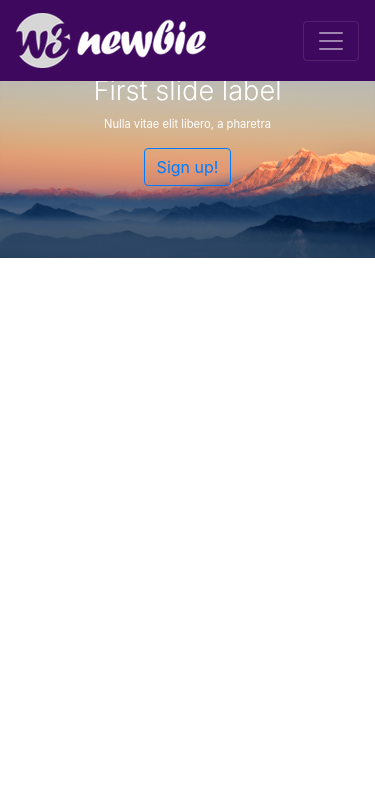
Repository: Mietlicha/bootstrap-project
Page: Bootstrap Website Files/index.html
An editor plug-in stored every save of this project. The page is shown before and after the next save, followed by the edit.
The browser window is 375 px wide. The pictures show the whole page.

Above is the page before, as saved 2019-10-28 22:17:19.

### Bootstrap Website Files/index.html
<!DOCTYPE html>
<html lang="en">

<head>
  <title>Bootstrap Website Tutorial</title>
  <meta charset="utf-8">
  <meta name="viewport" content="width=device-width, initial-scale=1">
  <link rel="stylesheet" href="https://stackpath.bootstrapcdn.com/bootstrap/4.3.1/css/bootstrap.min.css"
    integrity="sha384-ggOyR0iXCbMQv3Xipma34MD+dH/1fQ784/j6cY/iJTQUOhcWr7x9JvoRxT2MZw1T" crossorigin="anonymous">
  <link rel="stylesheet" href="https://cdnjs.cloudflare.com/ajax/libs/font-awesome/4.7.0/css/font-awesome.min.css">
  <link rel="stylesheet" href="..//style.css">
</head>

<body>
  <!--Navbar-->
  <nav class="navbar navbar-expand-md navbar-dark bg-violet">
    <a class="navbar-brand" href="#"><img src="img/w3newbie.png" alt="logo"></a>
    <button class="navbar-toggler" type="button" data-toggle="collapse" data-target="#navbarSupportedContent"
      aria-controls="navbarSupportedContent" aria-expanded="false" aria-label="Toggle navigation">
      <span class="navbar-toggler-icon"></span>
    </button>

    <div class="collapse navbar-collapse" id="navbarSupportedContent">
      <ul class="navbar-nav ml-auto">
        <li class="nav-item active">
          <a class="nav-link" href="#">Home <span class="sr-only">(current)</span></a>
        </li>
        <li class="nav-item">
          <a class="nav-link" href="#">Link</a>
        </li>
        <li class="nav-item">
          <a class="nav-link" href="#">About</a>
        </li>
        <li class="nav-item">
          <a class="nav-link" href="#">Contact</a>
        </li>
        <li class="nav-item">
          <a class="nav-link" href="#">Link</a>
        </li>
      </ul>
    </div>
  </nav>

   <!--Slider-->
   <div id="carouselExampleIndicators" class="carousel slide" data-interval="false" data-ride="carousel">
      <ol class="carousel-indicators">
        <li data-target="#carouselExampleIndicators" data-slide-to="0" class="active"></li>
        <li data-target="#carouselExampleIndicators" data-slide-to="1"></li>
        <li data-target="#carouselExampleIndicators" data-slide-to="2"></li>
      </ol>
      <div class="carousel-inner">
        <div class="carousel-item active">
          <img src="img/mountains.png" class="d-block w-100 position-carusel-caption" alt="mountains">
          <div class="carousel-caption">
              <h1 class="display-4">First slide label</h1>
              <p>Nulla vitae elit libero, a pharetra</p>
              <button type="button" class="btn btn-outline-primary mb-5">Sign up!</button>
          </div>
        </div>
        <div class="carousel-item">
          <img src="img/red.png" class="d-block w-100" alt="dusk at mountains">
        </div>
        <div class="carousel-item">
          <img src="img/snow.png" class="d-block w-100" alt="snowy mountains">
        </div>
      </div>
      <a class="carousel-control-prev" href="#carouselExampleIndicators" role="button" data-slide="prev">
        <span class="carousel-control-prev-icon" aria-hidden="true"></span>
        <span class="sr-only">Previous</span>
      </a>
      <a class="carousel-control-next" href="#carouselExampleIndicators" role="button" data-slide="next">
        <span class="carousel-control-next-icon" aria-hidden="true"></span>
        <span class="sr-only">Next</span>
      </a>
    </div>

  <script src="https://code.jquery.com/jquery-3.3.1.slim.min.js"
    integrity="sha384-q8i/X+965DzO0rT7abK41JStQIAqVgRVzpbzo5smXKp4YfRvH+8abtTE1Pi6jizo"
    crossorigin="anonymous"></script>
  <script src="https://cdnjs.cloudflare.com/ajax/libs/popper.js/1.14.7/umd/popper.min.js"
    integrity="sha384-UO2eT0CpHqdSJQ6hJty5KVphtPhzWj9WO1clHTMGa3JDZwrnQq4sF86dIHNDz0W1"
    crossorigin="anonymous"></script>
  <script src="https://stackpath.bootstrapcdn.com/bootstrap/4.3.1/js/bootstrap.min.js"
    integrity="sha384-JjSmVgyd0p3pXB1rRibZUAYoIIy6OrQ6VrjIEaFf/nJGzIxFDsf4x0xIM+B07jRM"
    crossorigin="anonymous"></script>
</body>

</html>

### style.css
*{
    box-sizing: border-box;
}

body{
    margin: 0;
    padding: 0;
}

/*Navbar*/
.bg-violet{
    background-color: rgb(63, 8, 95);
}

.nav-item{
    padding: 0 1.5rem;
    font-size: 1.3rem;
}

.navbar-dark .navbar-nav .nav-link:hover {
    color: rgb(255,255,255);
}

/*Slider*/

.carousel-item{
    width: 100%;
    height: 90vh;
}
.carousel-indicators > li {
    width: 10px;
    height: 10px;
    border-radius: 50%;
  }

  .position-carusel-caption{
    position: relative;
  }

.carousel-caption{
    position: absolute;
    /* top: 50%;
    left: 50%;
    background-color: #fff; */
    top: 50%;
    transform: translateY(-50%);
    /* bottom: initial; */
}

@media(max-width:768px){
    .carousel-caption{
        top: 40%;
        transform: translateY(-50%);
    }

    .carousel-caption h1{
        font-size: 2rem;
    }
}

@media(max-width:500px){
    .carousel-caption{
        top: 30%;
        transform: translateY(-50%);
    }

    .carousel-caption h1{
        font-size: 1.7rem;
    }

    .carousel-caption p{
        font-size: 0.7rem;
    }
}

After the next save:
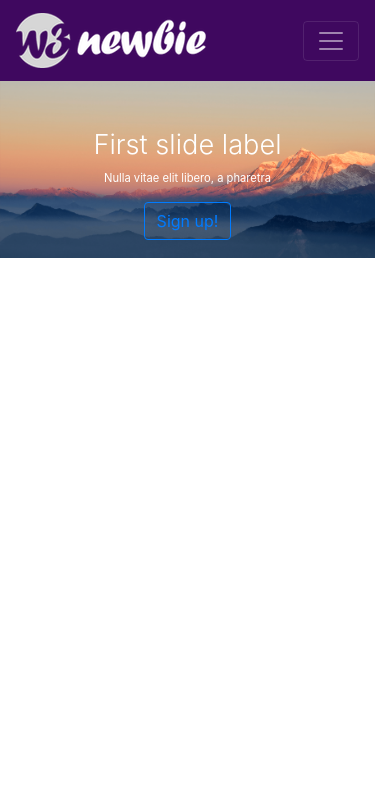
Saved 24 s later.
--- a/style.css
+++ b/style.css
@@ -60,7 +60,7 @@
 
 @media(max-width:500px){
     .carousel-caption{
-        top: 30%;
+        top: 35%;
         transform: translateY(-50%);
     }
 
